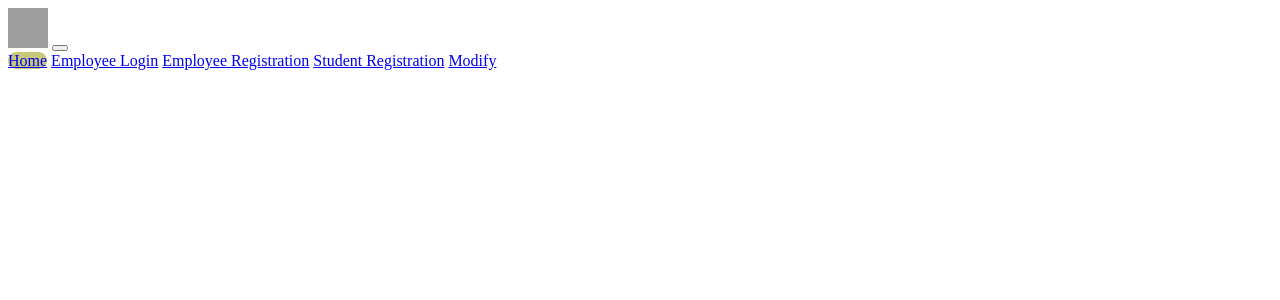
Repository: HarinathDeveloper/Student-Management
Page: http://localhost/StudentManagement/commonNext.jsp
The author's editor kept a copy of each file at every save. The page is drawn from the files as they stood at one save, then again after the next save.
The browser window is 1280 px wide. The pictures show the whole page.
Pictures or frames that could not be fetched are drawn as grey boxes. The page is served by Tomcat 9. Other server files are loaded and not shown.

Above is the page before, as saved 2023-01-23 12:25:12.

### StudentManagement/src/main/webapp/commonNext.jsp
<%@ page language="java" contentType="text/html; charset=UTF-8"
    pageEncoding="UTF-8"%>
<!DOCTYPE html>
<html>
<head>
<meta charset="UTF-8">
<title>Insert title here</title>
</head>
<body>
<nav class="navbar navbar-expand-lg custom-navbar-css col-12">
            <div class="container-fluid">
              <a class="navbar-brand nav-logo" href="#"><img src="https://www.loccsd.ca/file/28219856/46301332/29668585/orig" alt="nav-logo" class="img-fluid" height="40px" width="40spx"></a>
              <button class="navbar-toggler" type="button" data-bs-toggle="collapse" data-bs-target="#navbarNavAltMarkup" aria-controls="navbarNavAltMarkup" aria-expanded="false" aria-label="Toggle navigation">
                <span class="navbar-toggler-icon"></span>
              </button>
              <div class="collapse navbar-collapse" id="navbarNavAltMarkup">
                <div class="navbar-nav custom-navbar-anchor-div-css">
                  <a class="nav-link custom-navbar-anchor-element-css" style="background-color:rgb(200,200,120);border-radius:10px;" aria-current="page" href="home2.html">Home</a>
                  <a class="nav-link custom-navbar-anchor-element-css" href="employee2_login.html">Employee Login</a>
                  <a class="nav-link custom-navbar-anchor-element-css" href="employee_registration_form.html">Employee Registration</a>
                  <a class="nav-link custom-navbar-anchor-element-css" href="student_registration_form.html">Student Registration</a>
                  <a class="nav-link custom-navbar-anchor-element-css" href="modify.html">Modify</a>

                </div>
              </div>
            </div>
          </nav>
</body>
</html>

After the next save:
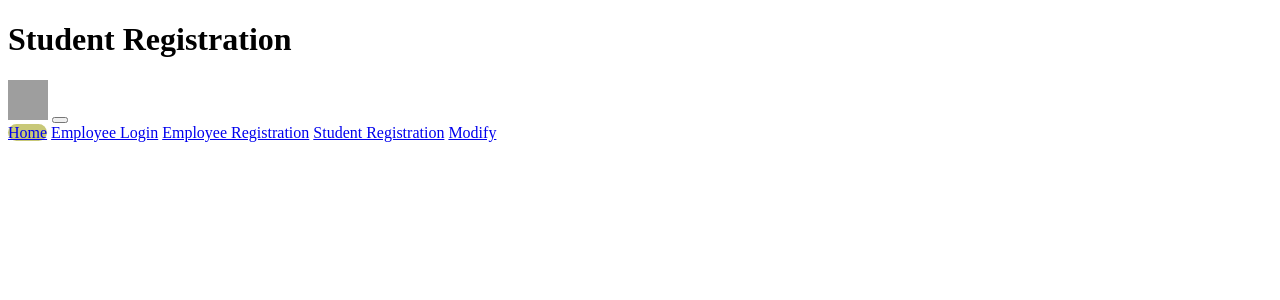
Saved 39 s later.
--- a/StudentManagement/src/main/webapp/commonNext.jsp
+++ b/StudentManagement/src/main/webapp/commonNext.jsp
@@ -7,6 +7,10 @@
 <title>Insert title here</title>
 </head>
 <body>
+<div class="col-12">
+        <h1>Student Registration</h1>
+    </div>
+    <div>
 <nav class="navbar navbar-expand-lg custom-navbar-css col-12">
             <div class="container-fluid">
               <a class="navbar-brand nav-logo" href="#"><img src="https://www.loccsd.ca/file/28219856/46301332/29668585/orig" alt="nav-logo" class="img-fluid" height="40px" width="40spx"></a>
@@ -25,5 +29,6 @@
               </div>
             </div>
           </nav>
+          </div>
 </body>
 </html>
